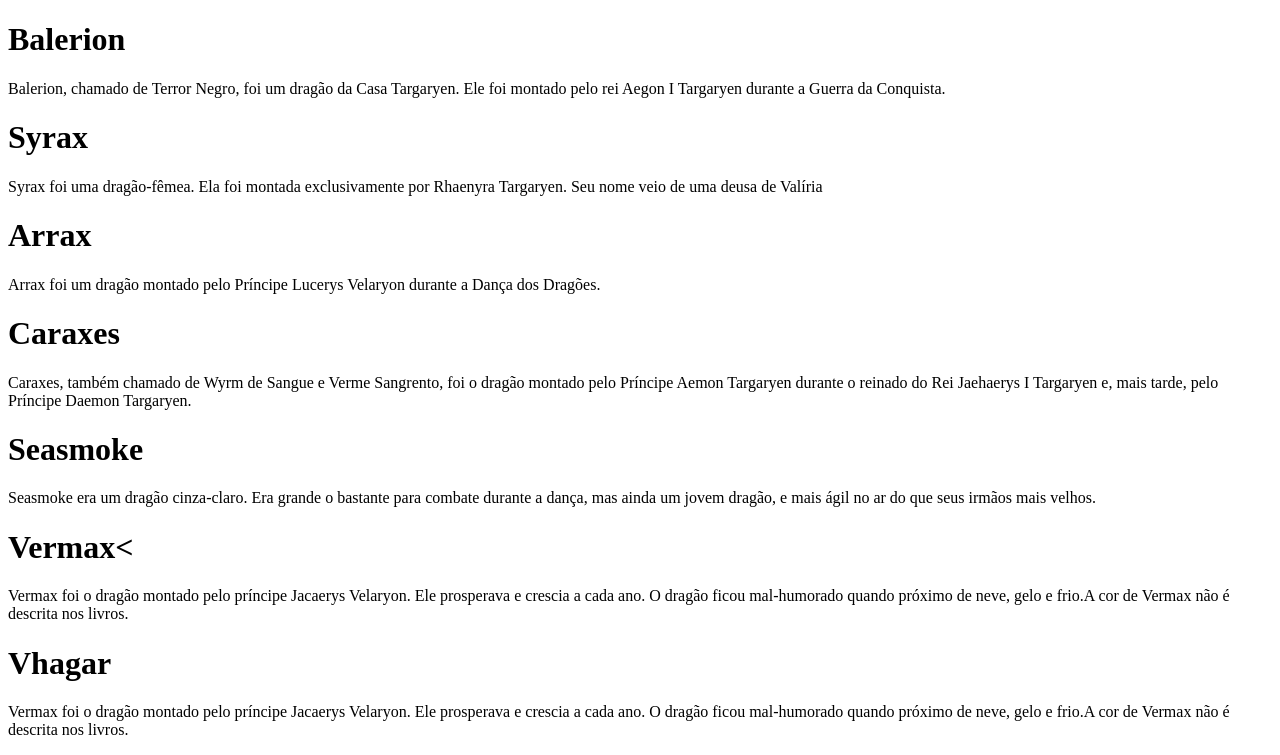
Repository: Caiquedev123/Dragaoes-progeto
Page: index.html
An editor plug-in stored every save of this project. The page is shown before and after the next save, followed by the edit.
The browser window is 1280 px wide. The pictures show the whole page.

Above is the page before, as saved 2024-08-09 11:24:08.

After the next save:
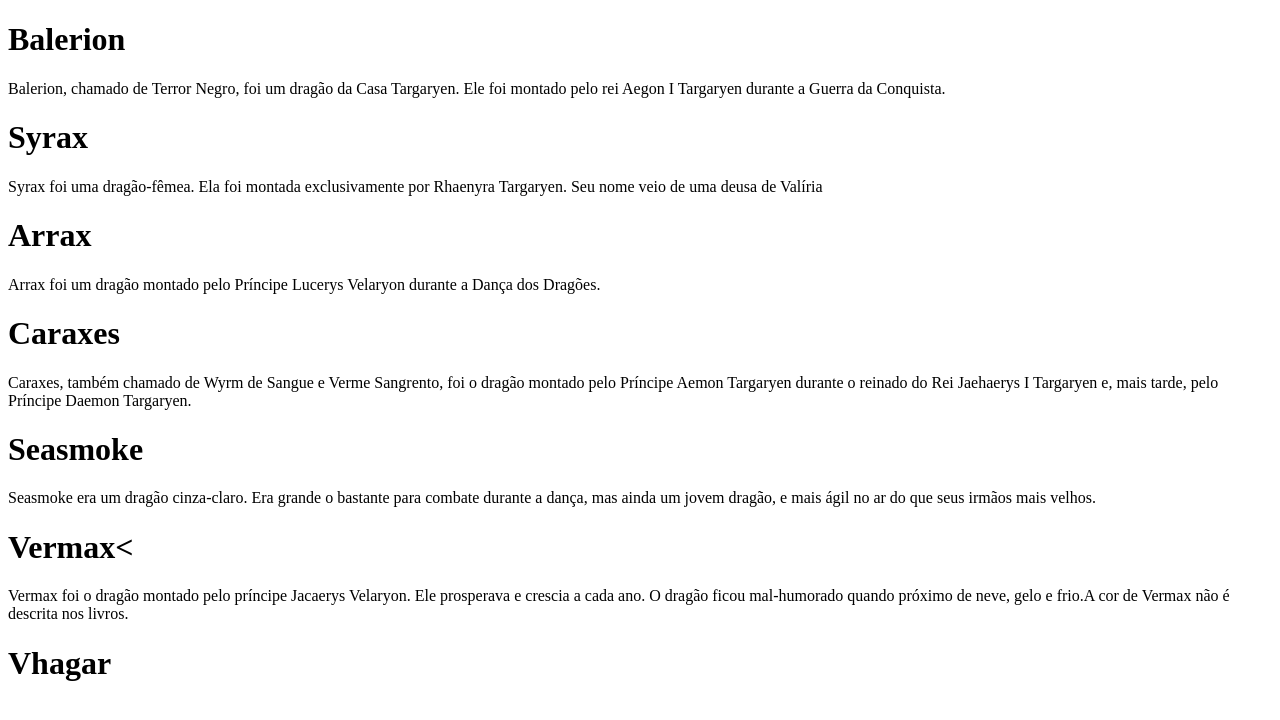
Saved 7 s later.
--- a/index.html
+++ b/index.html
@@ -49,7 +49,7 @@
             <div class="informacoes ativa">
                 <h1>Vhagar</h1>
 
-                <p class="descricao">Vermax foi o dragão montado pelo príncipe Jacaerys Velaryon. Ele prosperava e crescia a cada ano. O dragão ficou mal-humorado quando próximo de neve, gelo e frio.A cor de Vermax não é descrita nos livros.</p>
+                <p class="descricao"></p>
             </div>
 
 
